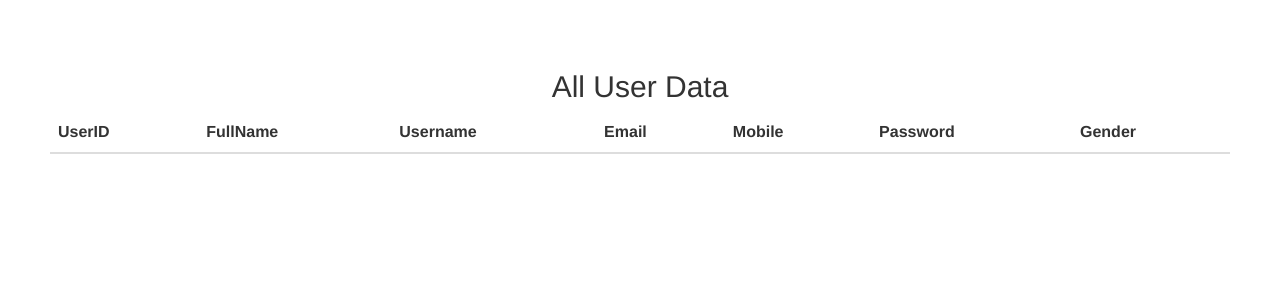
Repository: Asterisc-Institute/Advance-Java-Batch5
Page: http://localhost/Project01/show
An editor plug-in stored every save of this project. The page is shown before and after the next save, followed by the edit.
The browser window is 1280 px wide. The pictures show the whole page.
The page is served by Tomcat 9. Queries for data that is not in the repository find no rows.

Above is the page before, as saved 2023-05-16 12:32:52.

After the next save:
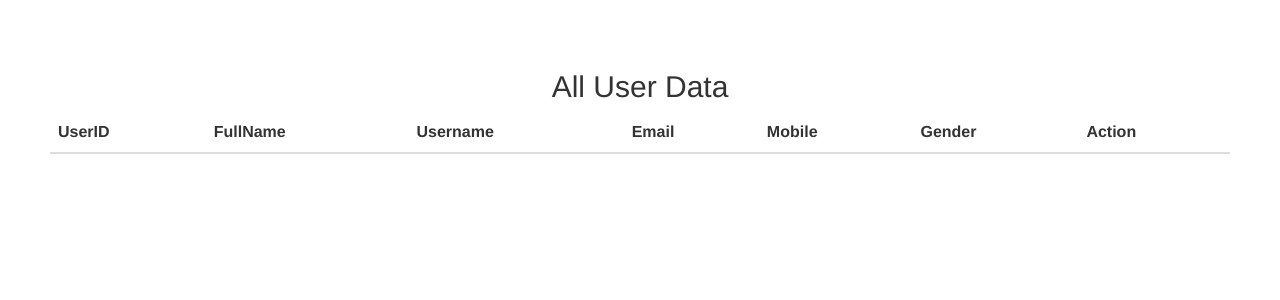
Saved 65 s later.
--- a/Project01/src/service/ShowServ.java
+++ b/Project01/src/service/ShowServ.java
@@ -40,8 +40,8 @@ public class ShowServ extends HttpServlet {
 		out.print("        <th>Username</th>");
 		out.print("        <th>Email</th>");
 		out.print("        <th>Mobile</th>");
-		out.print("        <th>Password</th>");
 		out.print("        <th>Gender</th>");
+		out.print("        <th>Action</th>");
 		out.print("      </tr>");
 		out.print("    </thead>");
 		out.print("    <tbody>");
@@ -59,7 +59,7 @@ public class ShowServ extends HttpServlet {
 				out.print("<td>"+u.getUname()+"</td>");
 				out.print("<td>"+u.getEmail()+"</td>");
 				out.print("<td>"+u.getMob()+"</td>");
-				out.print("<td>"+u.getUpass()+"</td>");
+				//out.print("<td>"+u.getUpass()+"</td>");
 				out.print("<td>"+u.getGender()+"</td>");
 				out.print("</tr>");
 			}
